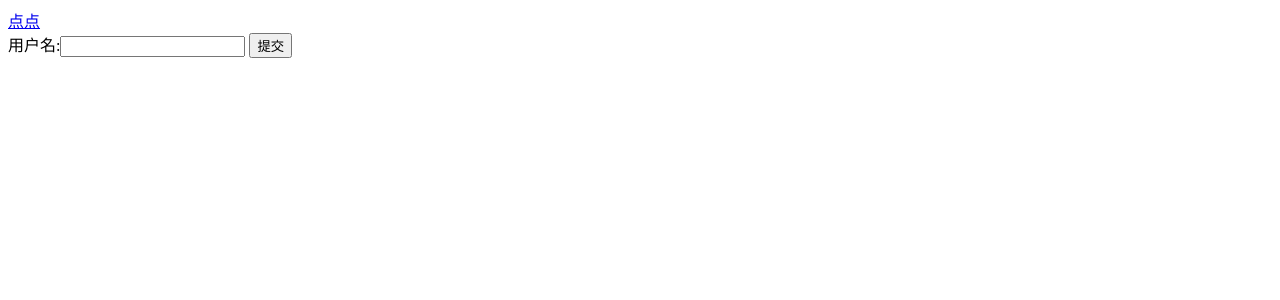
Repository: hellomonkey123/github
Page: javatest/test9/WebRoot/test1.html
These files come from the project's save history. The page is drawn as it stood at one moment and after the next save; the edit follows.
The browser window is 1280 px wide. The pictures show the whole page.

Above is the page before, as saved 2018-08-18 06:35:51.

### javatest/test9/WebRoot/test1.html
<!DOCTYPE html>
<html>
	<head>
		<title>带数据给request Demo2</title>
		<meta charset="UTF-8">
		<meta http-equiv="keywords" content="keyword1,keyword2,keyword3">
		<meta http-equiv="description" content="this is my page">
		<meta http-equiv="content-type" content="text/html;charset=UTF-8">
	</head>
	<body>
		<a href="/test9/servlet/RequestDemo2?name=xxx">点点</a>

		<form action="/test9/servlet/RequestDemo2" method="post">
			用户名:<input type="text" name="username">
			<input type="submit" value="提交">
		</form>
	</body>
</html>

After the next save:
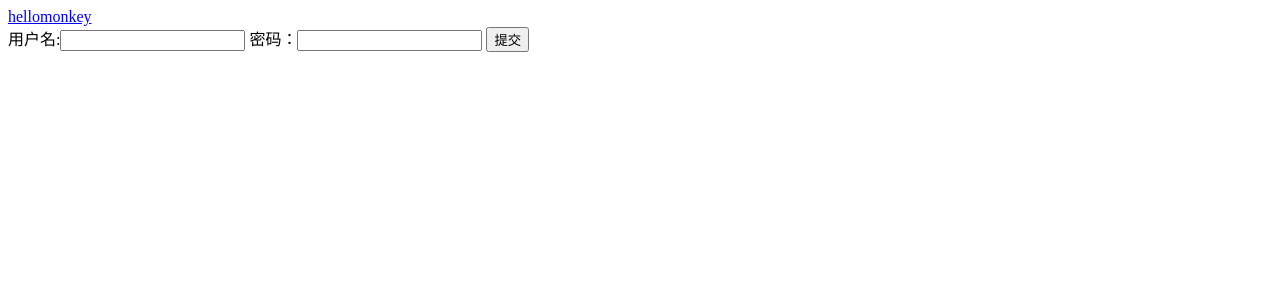
Saved 111 s later.
--- a/javatest/test9/WebRoot/test1.html
+++ b/javatest/test9/WebRoot/test1.html
@@ -8,10 +8,11 @@
 		<meta http-equiv="content-type" content="text/html;charset=UTF-8">
 	</head>
 	<body>
-		<a href="/test9/servlet/RequestDemo2?name=xxx">点点</a>
+		<a href="/test9/servlet/RequestDemo2?name=xxx">hellomonkey</a>
 
 		<form action="/test9/servlet/RequestDemo2" method="post">
 			用户名:<input type="text" name="username">
+			密码：<input type="password" name="password">
 			<input type="submit" value="提交">
 		</form>
 	</body>
